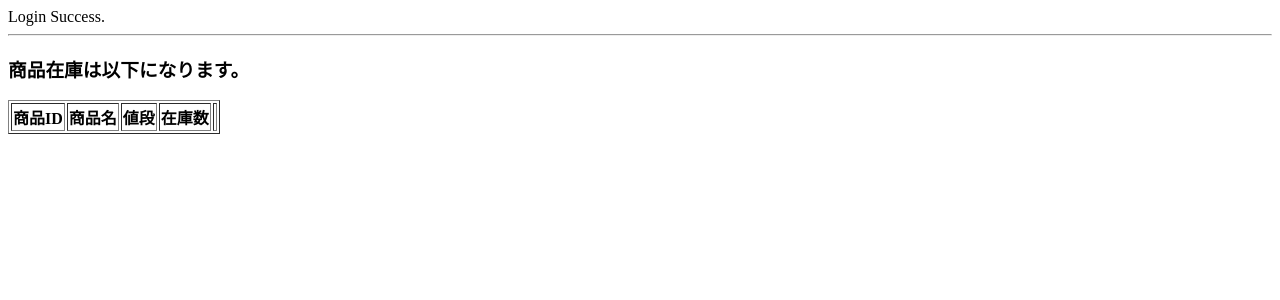
Repository: sachiyuki/java
Page: http://localhost/AdminLogin/adminpage.jsp
An editor plug-in stored every save of this project. The page is shown before and after the next save, followed by the edit.
The browser window is 1280 px wide. The pictures show the whole page.
The page is served by Tomcat 9. Other server files are loaded and not shown.

Above is the page before, as saved 2018-03-06 04:49:39.

### AdminLogin/WebContent/adminpage.jsp
<%@ page language="java" contentType="text/html; charset=UTF-8"
    pageEncoding="UTF-8"%>
<%@ taglib prefix="s" uri="/struts-tags" %>
<!DOCTYPE html PUBLIC "-//W3C//DTD HTML 4.01 Transitional//EN" "http://www.w3.org/TR/html4/loose.dtd">
<html>
<head>
<meta http-equiv="Content-Type" content="text/html; charset=UTF-8">
<title>Insert title here</title>
</head>
<body>

Login Success.

<hr>

<h3>商品在庫は以下になります。</h3>

<table border="1">
<tr>
	<th>商品ID</th>
	<th>商品名</th>
	<th>値段</th>
	<th>在庫数</th>
	<th></th>
</tr>
<s:iterator value="itemList">
<tr>
	<td><s:property value="id"/></td>
	<td><s:property value="itemName"/></td>
	<td><s:property value="itemPrice"/></td>
	<td><s:property value="itemStock"/></td>
	<td>

	<s:form action="ItemAction" name="Edit" method="post">
	<input type="hidden" name="id" value='<s:property value="id"/>'>
	<input type="hidden" name="itemName" value='<s:property value="itemName"/>'>
	<input type="hidden" name="itemPrice" value='<s:property value="itemPrice"/>'>
	<input type="hidden" name="itemStock" value='<s:property value="itemStock"/>'>
	<input type="submit" value="編集">
	</s:form>

	</td>
</tr>
</s:iterator>
</table>


</body>
</html>

After the next save:
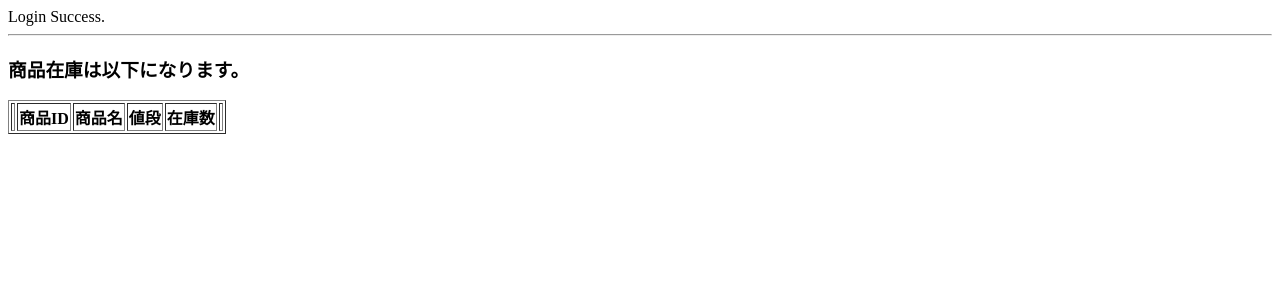
Saved 9 min 25 s later.
--- a/AdminLogin/WebContent/adminpage.jsp
+++ b/AdminLogin/WebContent/adminpage.jsp
@@ -17,6 +17,7 @@ Login Success.
 
 <table border="1">
 <tr>
+	<th></th>
 	<th>商品ID</th>
 	<th>商品名</th>
 	<th>値段</th>
@@ -25,6 +26,7 @@ Login Success.
 </tr>
 <s:iterator value="itemList">
 <tr>
+	<td><input type="checkbox"></td>
 	<td><s:property value="id"/></td>
 	<td><s:property value="itemName"/></td>
 	<td><s:property value="itemPrice"/></td>
